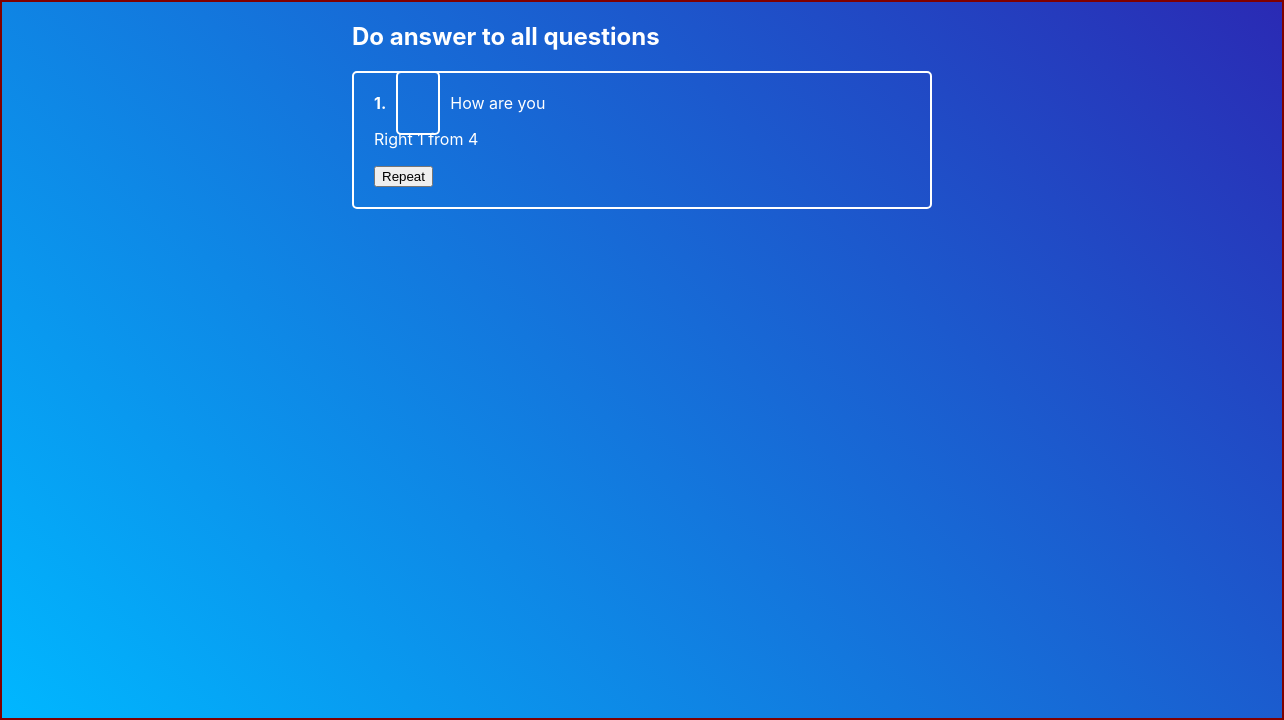
Repository: GregorPiev/react-quizes
Page: /
These files come from the project's save history. The page is drawn as it stood at one moment and after the next save; the edit follows.
The browser window is 1280 px wide. The page is 1284 px wide, so the pictures cover 1284 px, including what lies to the right of the window. The pictures show the whole page.
The project was rebuilt for these pictures with package versions that can differ from the ones it lists, and the page was loaded fresh each time. Also part of the build but not shown: src/components/ActiveQuiz/ActiveQuiz.module.css, src/components/ActiveQuiz/AnswersList/AnswersList.module.css, src/components/ActiveQuiz/AnswersList/AnswerItem/AnswerItem.module.css, src/components/ActiveQuiz/AnswersList/AnswerItem/AnswerItem.js, src/components/ActiveQuiz/AnswersList/AnswersList.js, src/components/ActiveQuiz/ActiveQuiz.js.

Above is the page before, as saved 2020-06-29 13:00:58.

### src/App.js
import React from 'react';
import Layout from './hoc/Layout/Layout';
import Quiz from './container/Quiz/Quiz';

function App() {
  return (
    <Layout>
      <Quiz />
    </Layout>
  );
}

export default App;

### src/hoc/Layout/Layout.js
import React from 'react';
import classes from './Layout.module.css'

export default class Layout extends React.Component {
    render() {
        return (
            <div className={classes.Layout}>
                <main>
                    {this.props.children}
                </main>
            </div>
        )
    }
}

### src/container/Quiz/Quiz.js
import React from 'react';
import classes from './Quiz.module.css';
import ActiveQuiz from '../../components/ActiveQuiz/ActiveQuiz';
import FinishQuiz from '../../components/FinishQuiz/FinishQuiz';

export default class Quiz extends React.Component {
    state = {
        isFinished: true,
        activeQuestion: 0,
        answerState: null,
        qiuz: [
            {
                id: 1,
                question: 'What color is the sky',
                rightAnswerId: 2,
                answers: [
                    { text: 'Black', id: 1 },
                    { text: 'Blue', id: 2 },
                    { text: 'Red', id: 3 },
                    { text: 'Green', id: 4 },
                ]
            },
            {
                id: 2,
                question: 'What color is the sea',
                rightAnswerId: 2,
                answers: [
                    { text: 'Black', id: 1 },
                    { text: 'Blue', id: 2 },
                    { text: 'Red', id: 3 },
                    { text: 'Green', id: 4 },
                ]
            },
            {
                id: 3,
                question: 'What color is grass',
                rightAnswerId: 4,
                answers: [
                    { text: 'Black', id: 1 },
                    { text: 'Blue', id: 2 },
                    { text: 'Red', id: 3 },
                    { text: 'Green', id: 4 },
                ]
            },
            {
                id: 4,
                question: 'What color is oil',
                rightAnswerId: 1,
                answers: [
                    { text: 'Black', id: 1 },
                    { text: 'Blue', id: 2 },
                    { text: 'Red', id: 3 },
                    { text: 'Green', id: 4 },
                ]
            }
        ]
    }
    onAnswerClickHandler = answerId => {
        if (this.state.answerState) {
            const key = Object.keys(this.state.answerState)[0];
            if (this.state.answerState[key] === 'success') {
                return;
            }
        }


        if (this.state.qiuz[this.state.activeQuestion].rightAnswerId === answerId) {
            this.setState({
                answerState: { [answerId]: 'success' }
            })
            const timeout = setTimeout(() => {
                if (this.isQuizFinish()) {
                    this.setState({
                        activeQuestion: 0,
                        answerState: null,
                        isFinished: true
                    })
                } else {
                    this.setState({
                        activeQuestion: this.state.activeQuestion + 1,
                        answerState: null
                    })
                }
                clearTimeout(timeout);
            }, 1000)
        } else {
            this.setState({
                answerState: { [answerId]: 'error' }
            })
            console.log('answerState: ', this.state.answerState)
        }

    }

    isQuizFinish() {
        return (this.state.activeQuestion + 1) === this.state.qiuz.length;
    }
    render() {
        return (
            <div className={classes.Quiz}>
                <div className={classes.QuizWrapper}>
                    <h2>Do answer to all questions</h2>
                    {
                        this.state.isFinished
                            ? <FinishQuiz />
                            : <ActiveQuiz
                                answers={this.state.qiuz[this.state.activeQuestion].answers}
                                question={this.state.qiuz[this.state.activeQuestion].question}
                                quizLength={this.state.qiuz.length}
                                answerNumber={this.state.activeQuestion + 1}
                                state={this.state.answerState}
                                onAnswerClick={this.onAnswerClickHandler}
                            />
                    }

                </div>
            </div>
        )
    }
}

### src/hoc/Layout/Layout.module.css
.Layout {
  height: 100vh;
  display: flex;
  flex-direction: column;
}

.Layout main {
  display: flex;
  flex-direction: column;
  flex-grow: 1;
}

### src/container/Quiz/Quiz.module.css
.Quiz {
  display: flex;
  justify-content: center;
  flex-grow: 1;
  border: solid 2px maroon;
  width: 100%;
  background: linear-gradient(
    45deg,
    rgb(0, 183, 255) 0%,
    rgb(42, 42, 180) 100%
  );
}
.Quiz h2 {
  color: white;
  margin-left: 10px;
}
.QuizWrapper {
  width: 600px;
}

### src/components/FinishQuiz/FinishQuiz.js
import React from 'react';
import classes from './FinishQuiz.module.css';

const FinishQuiz = props => {
    return (
        <div className={classes.FinishedQuiz}>
            <ul>
                <li>
                    <strong>1.</strong>
                    <i className={classes.FinishedQuiz} />
                    How are you

                </li>
            </ul>

            <p>Right 1 from 4</p>

            <button>Repeat</button>
        </div>
    )
}

export default FinishQuiz;

### src/components/FinishQuiz/FinishQuiz.module.css
.FinishedQuiz {
  padding: 20px;
  color: white;
  border: 2px solid white;
  border-radius: 5px;
  box-sizing: border-box;
  margin: 0 10px;
}

.FinishedQuiz ul {
  list-style: none;
  padding: 0;
  margin: 0;
}

.FinishedQuiz ul li {
  color: white;
}

Loaded but not shown: public/index.html (common file); src/index.js (common file); src/index.css (common file); src/serviceWorker.js (common file)

After the next save:
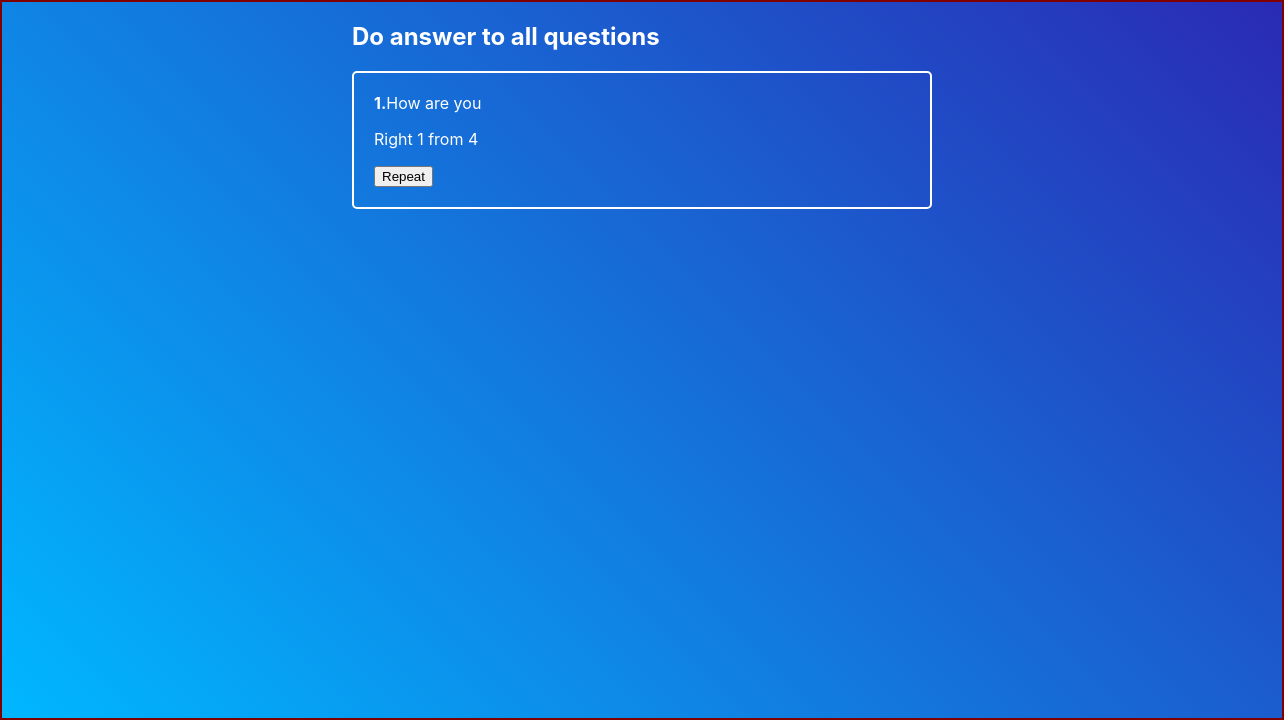
Saved 28 s later.
--- a/src/components/FinishQuiz/FinishQuiz.js
+++ b/src/components/FinishQuiz/FinishQuiz.js
@@ -7,7 +7,7 @@ const FinishQuiz = props => {
             <ul>
                 <li>
                     <strong>1.</strong>
-                    <i className={classes.FinishedQuiz} />
+                    <i className={''} />
                     How are you
 
                 </li>
